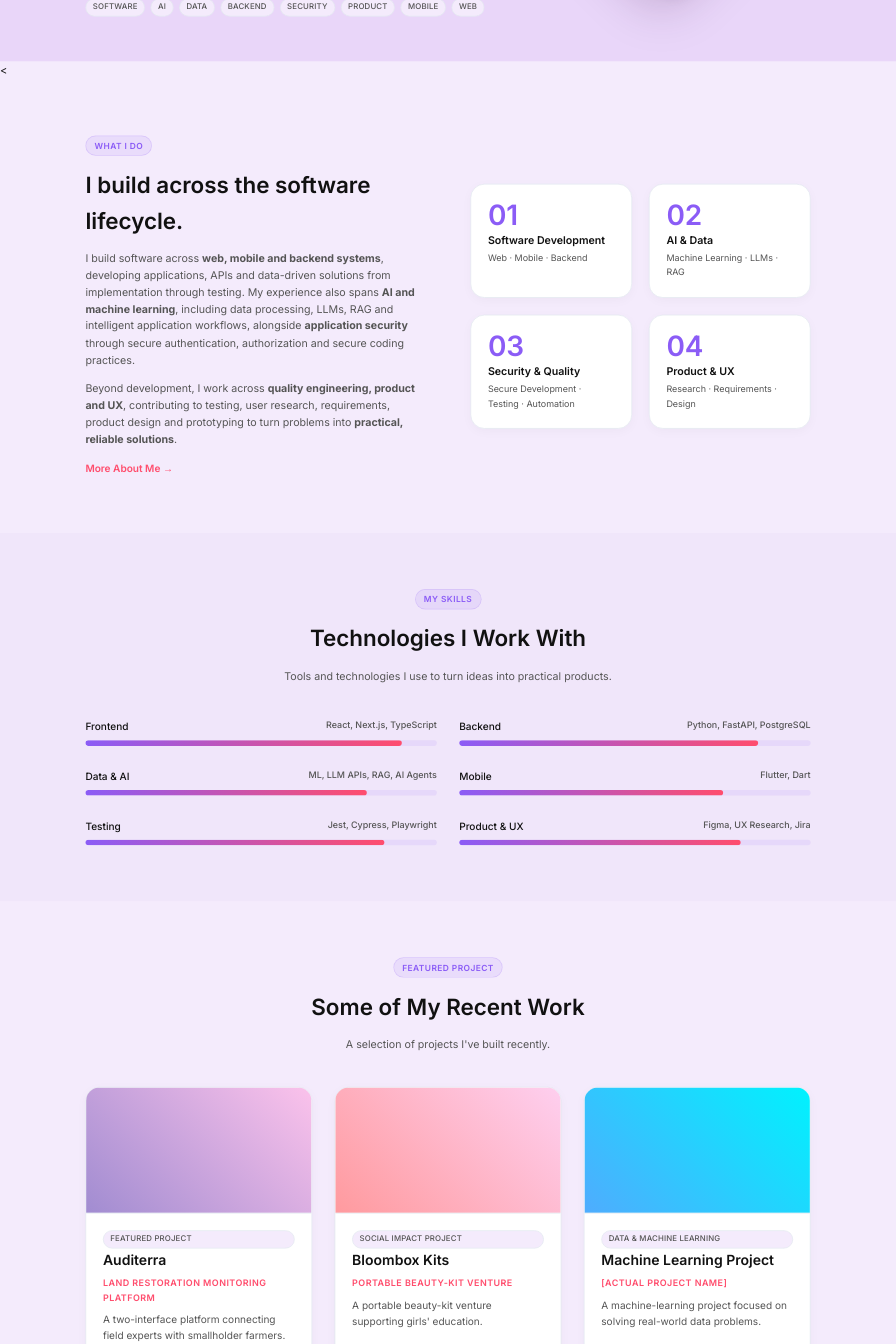
Repository: najmahares/portfolio
Page: index.html
The author's editor kept a copy of each file at every save. The page is drawn from the files as they stood at one save, then again after the next save.
The browser window is 1280 px wide. The pictures show the part of the page from y = 711 to 2631 px (the page is 3409 px tall before and 3384 px after), at 70% of full size.

Above is the page before, as saved 2026-09-19 07:09:03.

### index.html
<!doctype html>
<html lang="en">
  <head>
    <meta charset="UTF-8" />
    <meta name="viewport" content="width=device-width, initial-scale=1.0" />
    <title>Najma Hares | Software Engineer</title>
    <link rel="preconnect" href="https://fonts.googleapis.com" />
    <link rel="preconnect" href="https://fonts.gstatic.com" crossorigin />
    <link
      href="https://fonts.googleapis.com/css2?family=Inter:wght@300;400;500;600;700&display=swap"
      rel="stylesheet"
    />
    <link rel="stylesheet" href="css/style.css" />
  </head>
  <body>
    <!-- Navbar -->
    <nav class="navbar">
      <div class="container nav-container">
        <a href="index.html" class="logo">Najma Hares</a>
        <div class="nav-links">
          <a href="index.html" class="active">Home</a>
          <a href="#about">About</a>
          <a href="#skills">Skills</a>
          <a href="#projects">Projects</a>
          <a href="#contact">Contact</a>
        </div>
        <a href="mailto:haresnajma@gmail.com" class="btn btn-primary magnetic"
          >Let's Talk</a
        >
      </div>
    </nav>

    <!-- Hero Section -->
    <section class="hero">
      <div class="container hero-grid">
        <div class="hero-content">
          <span class="badge reveal"
            >SOFTWARE ENGINEER · AI · DATA · SECURITY</span
          >
          <h1 class="reveal">
            Hi, I'm <span class="text-accent">Najma</span><br />I build
            practical software for real-world problems.
          </h1>
          <p class="hero-desc reveal">
            <strong
              >I like turning <i>“what if?”</i> into <i>“let’s build it.”</i>
            </strong>
            <br />
            I’m naturally curious, and I tend to follow questions all the way
            down the rabbit hole. <br />
            That means researching the problem, challenging assumptions,
            experimenting with ideas and eventually building something that
            people can use. My work has taken me across software, AI, data and
            product design.
            <br />
            <strong
              >Because sometimes the best way to answer a question is to build
              something and see what happens.</strong
            >
          </p>
          <div class="hero-buttons reveal">
            <a href="#contact" class="btn btn-primary magnetic">Get in Touch</a>
            <a href="#projects" class="btn btn-outline magnetic"
              >View my work</a
            >
          </div>
          <div class="tech-stack reveal">
            <span class="badge-sm">Software</span>
            <span class="badge-sm">AI</span>
            <span class="badge-sm">Data</span>
            <span class="badge-sm">Backend</span>
            <span class="badge-sm">Security</span>
            <span class="badge-sm">Product</span>
            <span class="badge-sm">Mobile</span>
            <span class="badge-sm">Web</span>
          </div>
        </div>

        <!-- Hero Image Wrapper -->
        <div class="hero-image-wrapper reveal">
          <div class="avatar-graphic tilt-card" data-rotate="45">
            <img
              src="assets/portfolio_image.jpg"
              alt="Najma Hares"
              class="hero-img"
            />
          </div>
        </div>
      </div>
    </section>

    <!-- About & Stats -->
    <
    <section id="about" class="section">
      <div class="container about-grid">
        <div class="about-text reveal">
          <span class="badge">WHAT I DO</span>
          <h2>I build across the software lifecycle.</h2>

          <p>
            I build software across
            <strong>web, mobile and backend systems</strong>, developing
            applications, APIs and data-driven solutions from implementation
            through testing. My experience also spans
            <strong>AI and machine learning</strong>, including data processing,
            LLMs, RAG and intelligent application workflows, alongside
            <strong>application security</strong> through secure authentication,
            authorization and secure coding practices.
          </p>

          <p>
            Beyond development, I work across
            <strong>quality engineering, product and UX</strong>, contributing
            to testing, user research, requirements, product design and
            prototyping to turn problems into
            <strong>practical, reliable solutions</strong>.
          </p>

          <a href="#" class="link-arrow">More About Me →</a>
        </div>

        <div class="stats-grid">
          <div class="card stat-card reveal tilt-card">
            <h3>01</h3>
            <p>Software Development</p>
            <span class="stat-sub">Web · Mobile · Backend</span>
          </div>

          <div class="card stat-card reveal tilt-card">
            <h3>02</h3>
            <p>AI &amp; Data</p>
            <span class="stat-sub">Machine Learning · LLMs · RAG</span>
          </div>

          <div class="card stat-card reveal tilt-card">
            <h3>03</h3>
            <p>Security &amp; Quality</p>
            <span class="stat-sub"
              >Secure Development · Testing · Automation</span
            >
          </div>

          <div class="card stat-card reveal tilt-card">
            <h3>04</h3>
            <p>Product &amp; UX</p>
            <span class="stat-sub">Research · Requirements · Design</span>
          </div>
        </div>
      </div>
    </section>
    <!-- Skills -->
    <section id="skills" class="section bg-alt">
      <div class="container">
        <div class="section-header reveal">
          <span class="badge">MY SKILLS</span>
          <h2>Technologies I Work With</h2>
          <p>
            Tools and technologies I use to turn ideas into practical products.
          </p>
        </div>
        <div class="skills-grid">
          <div class="skill-item reveal">
            <div class="skill-info">
              <span>Frontend</span><span>React, Next.js, TypeScript</span>
            </div>
            <div class="progress-bar">
              <div class="progress" style="width: 90%"></div>
            </div>
          </div>
          <div class="skill-item reveal">
            <div class="skill-info">
              <span>Backend</span><span>Python, FastAPI, PostgreSQL</span>
            </div>
            <div class="progress-bar">
              <div class="progress" style="width: 85%"></div>
            </div>
          </div>
          <div class="skill-item reveal">
            <div class="skill-info">
              <span>Data & AI</span><span>ML, LLM APIs, RAG, AI Agents</span>
            </div>
            <div class="progress-bar">
              <div class="progress" style="width: 80%"></div>
            </div>
          </div>
          <div class="skill-item reveal">
            <div class="skill-info">
              <span>Mobile</span><span>Flutter, Dart</span>
            </div>
            <div class="progress-bar">
              <div class="progress" style="width: 75%"></div>
            </div>
          </div>
          <div class="skill-item reveal">
            <div class="skill-info">
              <span>Testing</span><span>Jest, Cypress, Playwright</span>
            </div>
            <div class="progress-bar">
              <div class="progress" style="width: 85%"></div>
            </div>
          </div>
          <div class="skill-item reveal">
            <div class="skill-info">
              <span>Product & UX</span><span>Figma, UX Research, Jira</span>
            </div>
            <div class="progress-bar">
              <div class="progress" style="width: 80%"></div>
            </div>
          </div>
        </div>
      </div>
    </section>

    <!-- Recent Work -->
    <section id="projects" class="section">
      <div class="container">
        <div class="section-header reveal">
          <span class="badge">FEATURED PROJECT</span>
          <h2>Some of My Recent Work</h2>
          <p>A selection of projects I've built recently.</p>
        </div>
        <div class="projects-grid">
          <a href="project.html" class="card project-card reveal tilt-card">
            <div class="project-img placeholder-1"></div>
            <div class="project-info">
              <span class="badge-sm">FEATURED PROJECT</span>
              <h3>Auditerra</h3>
              <p class="project-subtitle">
                Land Restoration Monitoring Platform
              </p>
              <p class="project-desc">
                A two-interface platform connecting field experts with
                smallholder farmers.
              </p>
              <div class="project-tags">
                <span class="badge-sm">React</span>
                <span class="badge-sm">Flutter</span>
                <span class="badge-sm">Gemini</span>
              </div>
            </div>
          </a>
          <a href="project.html" class="card project-card reveal tilt-card">
            <div class="project-img placeholder-2"></div>
            <div class="project-info">
              <span class="badge-sm">SOCIAL IMPACT PROJECT</span>
              <h3>Bloombox Kits</h3>
              <p class="project-subtitle">Portable Beauty-Kit Venture</p>
              <p class="project-desc">
                A portable beauty-kit venture supporting girls' education.
              </p>
              <div class="project-tags">
                <span class="badge-sm">Entrepreneurship</span>
                <span class="badge-sm">Social Impact</span>
              </div>
            </div>
          </a>
          <a href="project.html" class="card project-card reveal tilt-card">
            <div class="project-img placeholder-3"></div>
            <div class="project-info">
              <span class="badge-sm">DATA & MACHINE LEARNING</span>
              <h3>Machine Learning Project</h3>
              <p class="project-subtitle">[Actual Project Name]</p>
              <p class="project-desc">
                A machine-learning project focused on solving real-world data
                problems.
              </p>
              <div class="project-tags">
                <span class="badge-sm">Python</span>
                <span class="badge-sm">ML</span>
              </div>
            </div>
          </a>
        </div>
      </div>
    </section>

    <!-- Footer -->
    <footer id="contact" class="footer">
      <div class="container footer-grid">
        <div class="footer-cta reveal">
          <span class="badge">LET'S WORK TOGETHER</span>
          <h2>Have an idea worth building?</h2>
          <p>
            I'm always interested in learning, building and working on problems
            where technology can create meaningful value.
          </p>
          <a href="mailto:haresnajma@gmail.com" class="btn btn-primary magnetic"
            >Let's Talk</a
          >
        </div>
        <div class="footer-info reveal">
          <div class="card personal-card">
            <span class="badge-sm">CURRENTLY</span>
            <h3>Building & learning</h3>
            <p><strong>Najma Hares</strong><br />Software Engineer</p>
            <div class="personal-focus">
              <span>Software Engineering</span>
              <span>AI & Data</span>
              <span>Product Development</span>
            </div>
          </div>
          <div class="social-links">
            <h4>Follow Me</h4>
            <a href="#">GitHub</a>
            <a href="#">LinkedIn</a>
            <a href="mailto:haresnajma@gmail.com">haresnajma@gmail.com</a>
          </div>
        </div>
      </div>
      <div class="container footer-bottom">
        <p>&copy; 2026 Najma Hares Muhumed. All rights reserved.</p>
        <p>Made with ❤️ by Najma</p>
      </div>
    </footer>

    <script src="js/main.js"></script>
  </body>
</html>

### css/style.css
:root {
  --bg-nav: #3d0b43;
  --bg-hero: #e9d6f9;
  --bg-body: #f4ebfc;
  --bg-card: #ffffff;

  --text-main: #1a1a1a;
  --text-heading: #111111;
  --text-muted: #555555;

  --accent: #ff4d6d;
  --accent-purple: #8b5cf6;
  --border: #e2e8f0;
  --border-radius: 20px;
  --font-main: "Inter", sans-serif;
}

* {
  margin: 0;
  padding: 0;
  box-sizing: border-box;
}

html {
  scroll-behavior: smooth;
}

body {
  font-family: var(--font-main);
  background-color: var(--bg-body);
  color: var(--text-main);
  line-height: 1.6;
  overflow-x: hidden;
}

a {
  text-decoration: none;
  color: inherit;
  transition: color 0.3s;
}
ul {
  list-style: none;
}

.container {
  max-width: 1100px;
  margin: 0 auto;
  padding: 0 2rem;
}
.section {
  padding: 5rem 0;
}
.bg-alt {
  background-color: #f0e6fa;
}
.text-accent {
  color: var(--accent);
}

h1 {
  font-size: clamp(2rem, 4vw, 3rem);
  line-height: 1.2;
  font-weight: 700;
  margin-bottom: 1rem;
  color: var(--text-heading);
}
h2 {
  font-size: 2rem;
  font-weight: 600;
  margin-bottom: 1rem;
  color: var(--text-heading);
}
h3 {
  font-size: 1.25rem;
  font-weight: 600;
  margin-bottom: 0.5rem;
  color: var(--text-heading);
}
p {
  color: var(--text-muted);
  margin-bottom: 1rem;
  font-size: 0.95rem;
}

.btn {
  display: inline-block;
  padding: 0.75rem 1.5rem;
  border-radius: 50px;
  font-weight: 600;
  font-size: 0.9rem;
  cursor: pointer;
  transition: all 0.3s ease;
  border: 2px solid transparent;
}
.btn-primary {
  background-color: var(--accent);
  color: #ffffff;
}
.btn-primary:hover {
  background-color: #e63956;
  transform: translateY(-2px);
  box-shadow: 0 4px 15px rgba(255, 77, 109, 0.4);
}
.btn-outline {
  background-color: transparent;
  border-color: var(--border);
  color: var(--text-main);
}
.btn-outline:hover {
  border-color: var(--accent-purple);
  color: var(--accent-purple);
  transform: translateY(-2px);
}
.badge {
  display: inline-block;
  padding: 0.25rem 0.75rem;
  background-color: rgba(139, 92, 246, 0.1);
  color: var(--accent-purple);
  border-radius: 50px;
  font-size: 0.75rem;
  font-weight: 600;
  margin-bottom: 1rem;
  border: 1px solid rgba(139, 92, 246, 0.2);
  text-transform: uppercase;
  letter-spacing: 0.05em;
}
.badge-sm {
  display: inline-block;
  padding: 0.2rem 0.6rem;
  background-color: var(--bg-body);
  border: 1px solid var(--border);
  border-radius: 50px;
  font-size: 0.7rem;
  font-weight: 500;
  color: var(--text-muted);
  text-transform: uppercase;
  letter-spacing: 0.02em;
}
.link-arrow {
  color: var(--accent);
  font-weight: 600;
  font-size: 0.9rem;
  display: inline-flex;
  align-items: center;
  gap: 0.25rem;
}
.link-arrow:hover {
  gap: 0.5rem;
  color: #e63956;
}

.navbar {
  position: sticky;
  top: 0;
  background-color: var(--bg-nav);
  z-index: 100;
  border-bottom: 1px solid rgba(255, 255, 255, 0.1);
}
.nav-container {
  display: flex;
  justify-content: space-between;
  align-items: center;
  height: 72px;
}
.logo {
  font-size: 1.25rem;
  font-weight: 700;
  color: #ffffff;
  font-family: monospace;
}
.nav-links {
  display: flex;
  gap: 2rem;
}
.nav-links a {
  font-size: 0.9rem;
  font-weight: 500;
  color: rgba(255, 255, 255, 0.7);
}
.nav-links a:hover,
.nav-links a.active {
  color: #ffffff;
}

.hero {
  padding: 5rem 0 4rem;
  background-color: var(--bg-hero);
  position: relative;
  overflow: hidden;
}

.hero-grid {
  display: grid;
  grid-template-columns: 1.6fr 1fr;
  gap: 6rem;
  align-items: center;
}

.hero-desc {
  font-size: 0.95rem;
  max-width: 100%;
  margin-bottom: 2rem;
  line-height: 1.7;
}

.hero-buttons {
  display: flex;
  gap: 1rem;
  margin-bottom: 2rem;
}

.tech-stack {
  display: flex;
  flex-wrap: wrap;
  gap: 0.5rem;
}

.hero-image-wrapper {
  display: flex;
  justify-content: center;
  align-items: center;
  position: relative;
  min-height: 550px;
}

.avatar-graphic {
  width: 100%;
  max-width: 380px;
  height: 380px;
  border-radius: 24px;
  display: flex;
  align-items: center;
  justify-content: center;
  position: relative;
  z-index: 10;
  background-color: var(--bg-hero);
  box-shadow: 0 25px 50px rgba(61, 11, 67, 0.1);
  overflow: hidden;
  transition:
    transform 0.5s ease,
    box-shadow 0.5s ease;
  transform: rotate(45deg);
  border: 1px solid rgba(255, 255, 255, 0.5);
}

.avatar-graphic:hover {
  box-shadow: 0 30px 60px rgba(61, 11, 67, 0.15);
}

.hero-img {
  width: 85%;
  height: 85%;
  object-fit: cover;
  object-position: center top;
  border-radius: 50%;
  border: 4px solid #ffffff;
  box-shadow: 0 10px 30px rgba(61, 11, 67, 0.15);
  display: block;
  transform: rotate(-45deg);
}

.about-grid {
  display: grid;
  grid-template-columns: 1fr 1fr;
  gap: 4rem;
  align-items: center;
}
.stats-grid {
  display: grid;
  grid-template-columns: 1fr 1fr;
  gap: 1.5rem;
}
.card {
  background-color: var(--bg-card);
  border: 1px solid var(--border);
  border-radius: var(--border-radius);
  padding: 1.5rem;
  box-shadow: 0 4px 15px rgba(0, 0, 0, 0.03);
  transition:
    transform 0.3s ease,
    box-shadow 0.3s ease;
}
.card:hover {
  transform: translateY(-3px);
  box-shadow: 0 8px 25px rgba(0, 0, 0, 0.06);
}
.stat-card h3 {
  font-size: 2.5rem;
  color: var(--accent-purple);
  margin-bottom: 0.25rem;
  line-height: 1;
}
.stat-card p {
  font-size: 0.95rem;
  font-weight: 600;
  color: var(--text-heading);
  margin-bottom: 0.25rem;
}
.stat-sub {
  font-size: 0.8rem;
  color: var(--text-muted);
  display: block;
}

.section-header {
  text-align: center;
  margin-bottom: 3rem;
}
.skills-grid {
  display: grid;
  grid-template-columns: 1fr 1fr;
  gap: 2rem;
}
.skill-info {
  display: flex;
  justify-content: space-between;
  margin-bottom: 0.5rem;
  font-size: 0.9rem;
  font-weight: 500;
  color: var(--text-heading);
}
.skill-info span:last-child {
  color: var(--text-muted);
  font-size: 0.8rem;
}
.progress-bar {
  height: 8px;
  background-color: rgba(139, 92, 246, 0.1);
  border-radius: 4px;
  overflow: hidden;
}
.progress {
  height: 100%;
  background: linear-gradient(90deg, var(--accent-purple), var(--accent));
  border-radius: 4px;
}

.projects-grid {
  display: grid;
  grid-template-columns: repeat(auto-fit, minmax(300px, 1fr));
  gap: 2rem;
}
.project-card {
  padding: 0;
  overflow: hidden;
  display: flex;
  flex-direction: column;
  cursor: pointer;
}
.project-img {
  height: 180px;
  border-bottom: 1px solid var(--border);
}
.placeholder-1 {
  background: linear-gradient(45deg, #a18cd1, #fbc2eb);
}
.placeholder-2 {
  background: linear-gradient(45deg, #ff9a9e, #fecfef);
}
.placeholder-3 {
  background: linear-gradient(45deg, #4facfe, #00f2fe);
}
.project-info {
  padding: 1.5rem;
  display: flex;
  flex-direction: column;
  flex-grow: 1;
}
.project-subtitle {
  font-size: 0.8rem;
  font-weight: 600;
  color: var(--accent);
  margin-bottom: 0.5rem;
  text-transform: uppercase;
  letter-spacing: 0.05em;
}
.project-desc {
  font-size: 0.9rem;
  margin-bottom: 1rem;
  flex-grow: 1;
}
.project-tags {
  display: flex;
  flex-wrap: wrap;
  gap: 0.5rem;
  margin: 1rem 0;
}

.footer {
  background-color: var(--bg-nav);
  color: #ffffff;
  padding: 4rem 0 2rem;
}
.footer-grid {
  display: grid;
  grid-template-columns: 1fr 1fr;
  gap: 4rem;
  margin-bottom: 3rem;
}
.footer-cta h2 {
  color: #ffffff;
  font-size: 2rem;
}
.footer-cta p {
  color: rgba(255, 255, 255, 0.7);
  margin-bottom: 1.5rem;
}
.footer-info {
  display: flex;
  flex-direction: column;
  gap: 2rem;
}
.personal-card {
  background: rgba(255, 255, 255, 0.05);
  border: 1px solid rgba(255, 255, 255, 0.1);
}
.personal-card h3 {
  color: #ffffff;
}
.personal-card p {
  color: rgba(255, 255, 255, 0.7);
}
.personal-focus {
  display: flex;
  flex-wrap: wrap;
  gap: 0.5rem;
  margin-top: 1rem;
}
.personal-focus span {
  font-size: 0.75rem;
  background: rgba(139, 92, 246, 0.2);
  color: #d8b4fe;
  padding: 0.2rem 0.6rem;
  border-radius: 4px;
}
.social-links h4 {
  color: #ffffff;
  margin-bottom: 1rem;
}
.social-links a {
  display: block;
  color: rgba(255, 255, 255, 0.7);
  margin-bottom: 0.5rem;
  font-weight: 500;
}
.social-links a:hover {
  color: var(--accent);
}
.footer-bottom {
  display: flex;
  justify-content: space-between;
  padding-top: 2rem;
  border-top: 1px solid rgba(255, 255, 255, 0.1);
  font-size: 0.85rem;
  color: rgba(255, 255, 255, 0.5);
}

.reveal {
  opacity: 0;
  transform: translateY(30px);
  transition: all 0.8s cubic-bezier(0.5, 0, 0, 1);
}
.reveal.active {
  opacity: 1;
  transform: translateY(0);
}

@media (max-width: 992px) {
  .hero-grid,
  .about-grid,
  .footer-grid {
    grid-template-columns: 1fr;
  }
  .hero-image-wrapper {
    order: -1;
    margin-bottom: 3rem;
    min-height: auto;
  }
  .skills-grid {
    grid-template-columns: 1fr;
  }
}
@media (max-width: 768px) {
  .nav-links {
    display: none;
  }
  .hero-buttons {
    flex-direction: column;
  }
  .stats-grid {
    grid-template-columns: 1fr;
  }
  .footer-bottom {
    flex-direction: column;
    gap: 1rem;
    text-align: center;
  }
  .avatar-graphic {
    max-width: 300px;
    height: 300px;
  }
}
.avatar-graphic {
  width: 100%;
  max-width: 380px;
  height: 380px;
  border-radius: 24px;
  display: flex;
  align-items: center;
  justify-content: center;
  position: relative;
  z-index: 10;
  background-color: var(--bg-hero);

  box-shadow:
    0 35px 70px rgba(61, 11, 67, 0.25),
    0 10px 20px rgba(61, 11, 67, 0.15);

  overflow: hidden;
  transition:
    transform 0.5s ease,
    box-shadow 0.5s ease;
  transform: rotate(45deg);
}

.avatar-graphic:hover {
  box-shadow:
    0 45px 90px rgba(61, 11, 67, 0.35),
    0 15px 30px rgba(61, 11, 67, 0.2);
}

Loaded but not shown: js/main.js (72 lines, source omitted)

After the next save:
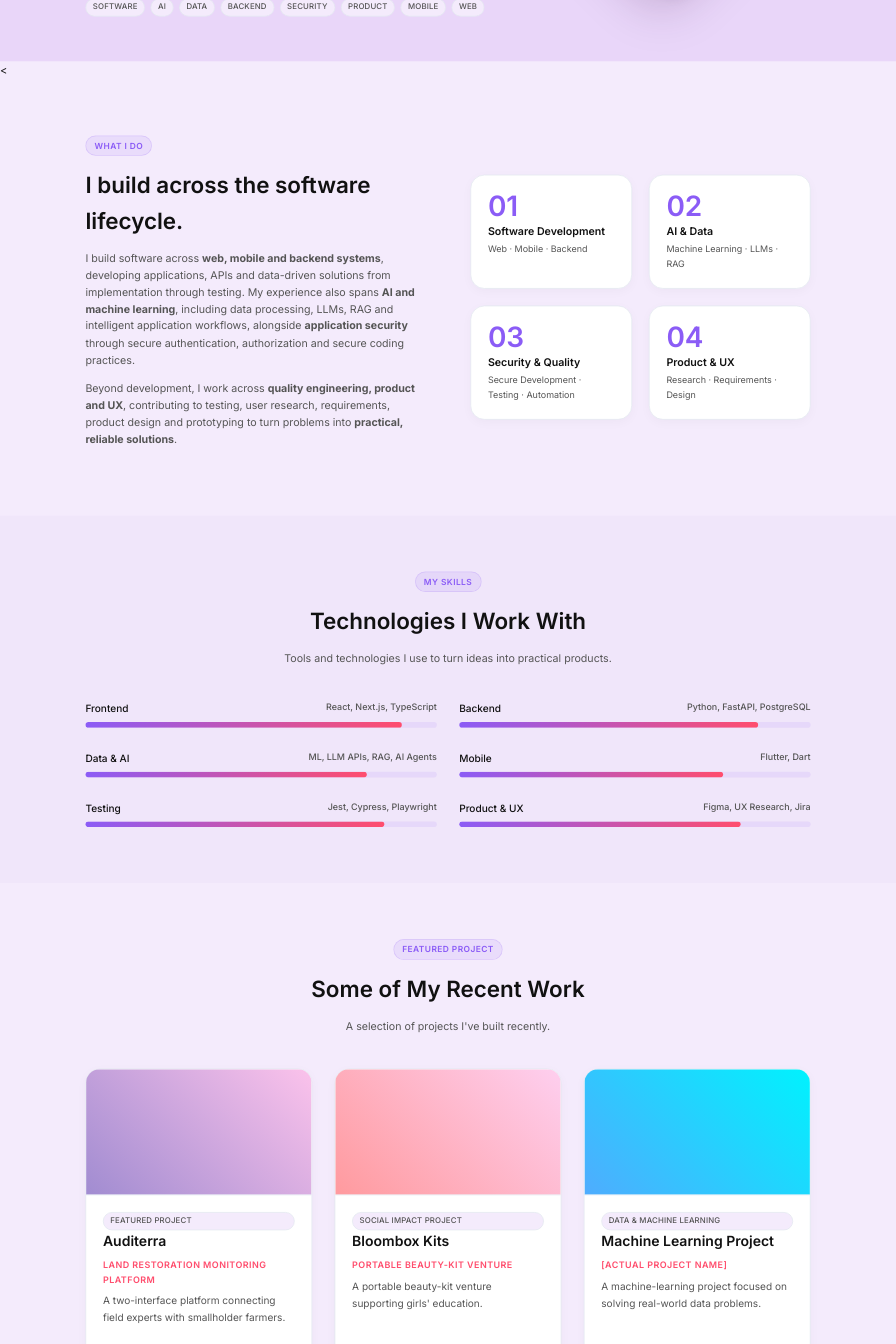
Saved 25 s later.
--- a/index.html
+++ b/index.html
@@ -115,8 +115,6 @@
             prototyping to turn problems into
             <strong>practical, reliable solutions</strong>.
           </p>
-
-          <a href="#" class="link-arrow">More About Me →</a>
         </div>
 
         <div class="stats-grid">
